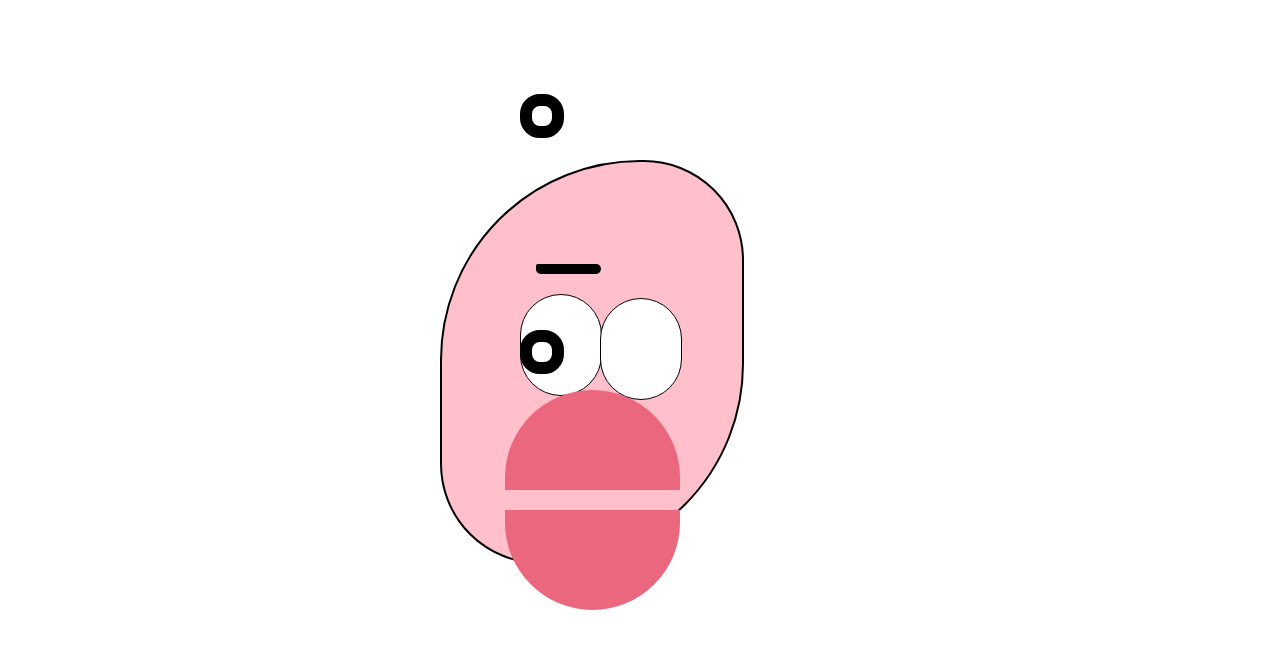
Repository: rodwestmoreland/1150
Page: cssCritter/index.html
An editor plug-in stored every save of this project. The page is shown before and after the next save, followed by the edit.
The browser window is 1280 px wide. The pictures show the whole page.

Above is the page before, as saved 2021-01-25 20:36:56.

After the next save:
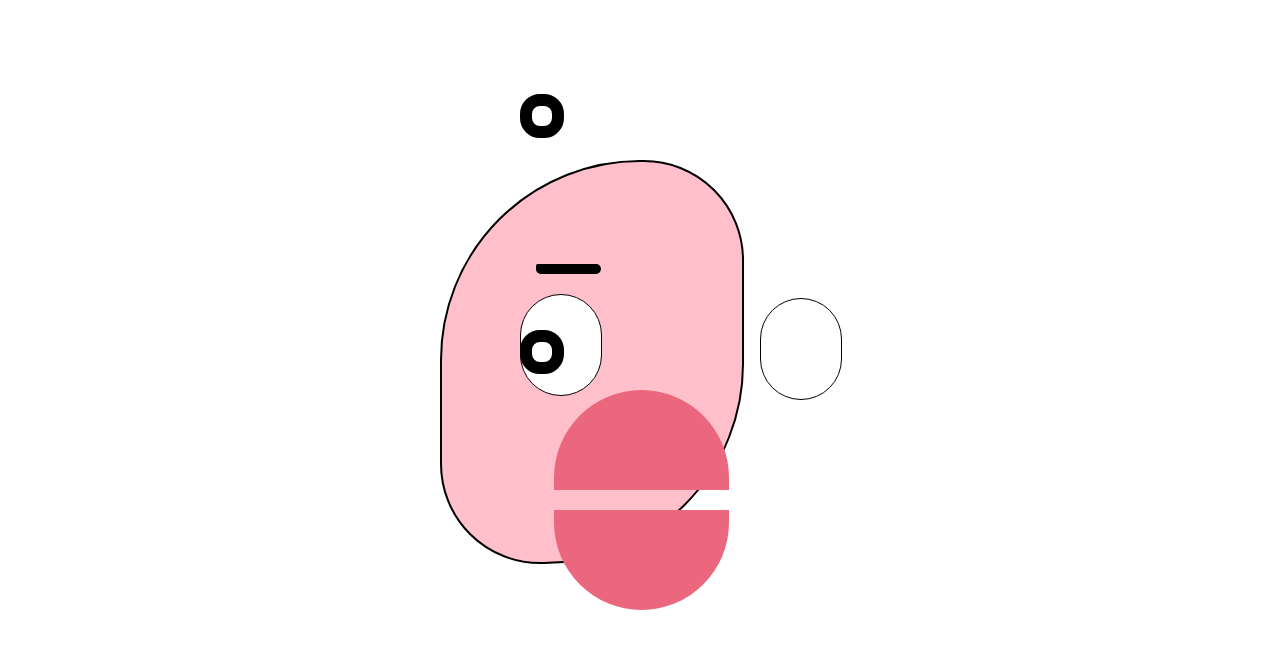
Saved 17 s later.
--- a/cssCritter/style.css
+++ b/cssCritter/style.css
@@ -43,7 +43,7 @@
     background-color: #fff;
     border-radius: 90px;
     margin-top: -98px;
-    margin-left: 10em;
+    margin-left: 20em;
     z-index: 2;
   }
   .right-pupil{

After the save that followed:
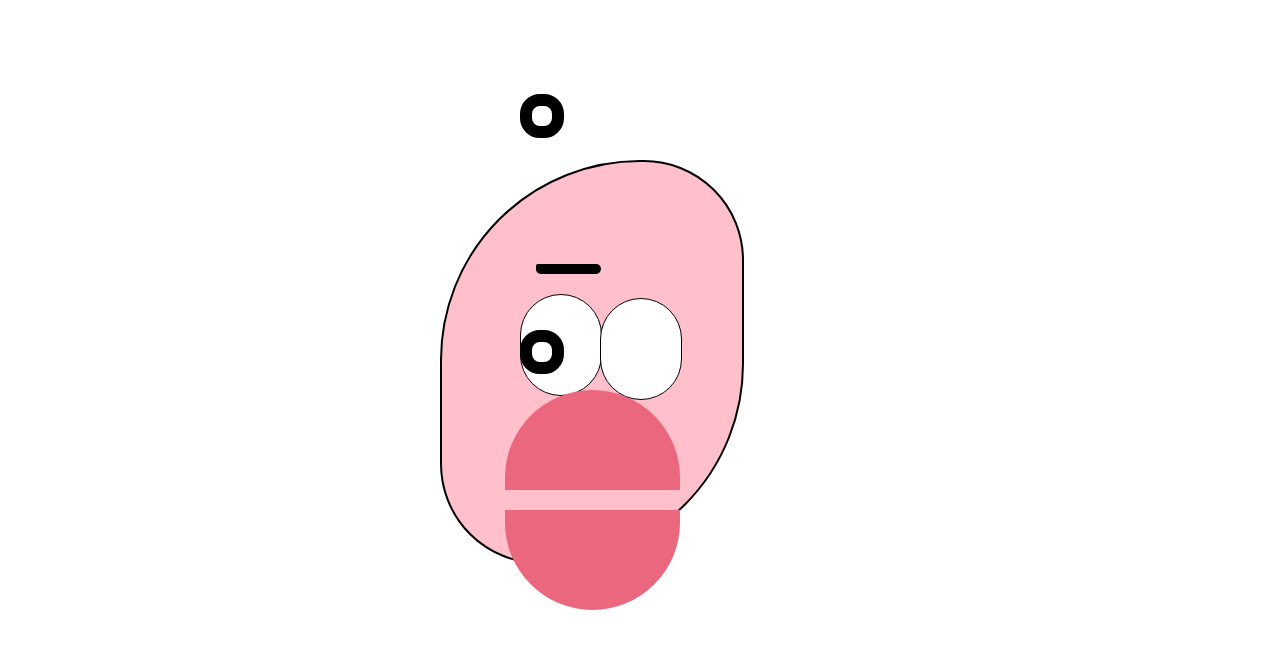
Saved 7 s later.
--- a/cssCritter/style.css
+++ b/cssCritter/style.css
@@ -43,7 +43,7 @@
     background-color: #fff;
     border-radius: 90px;
     margin-top: -98px;
-    margin-left: 20em;
+    margin-left: 10em;
     z-index: 2;
   }
   .right-pupil{
